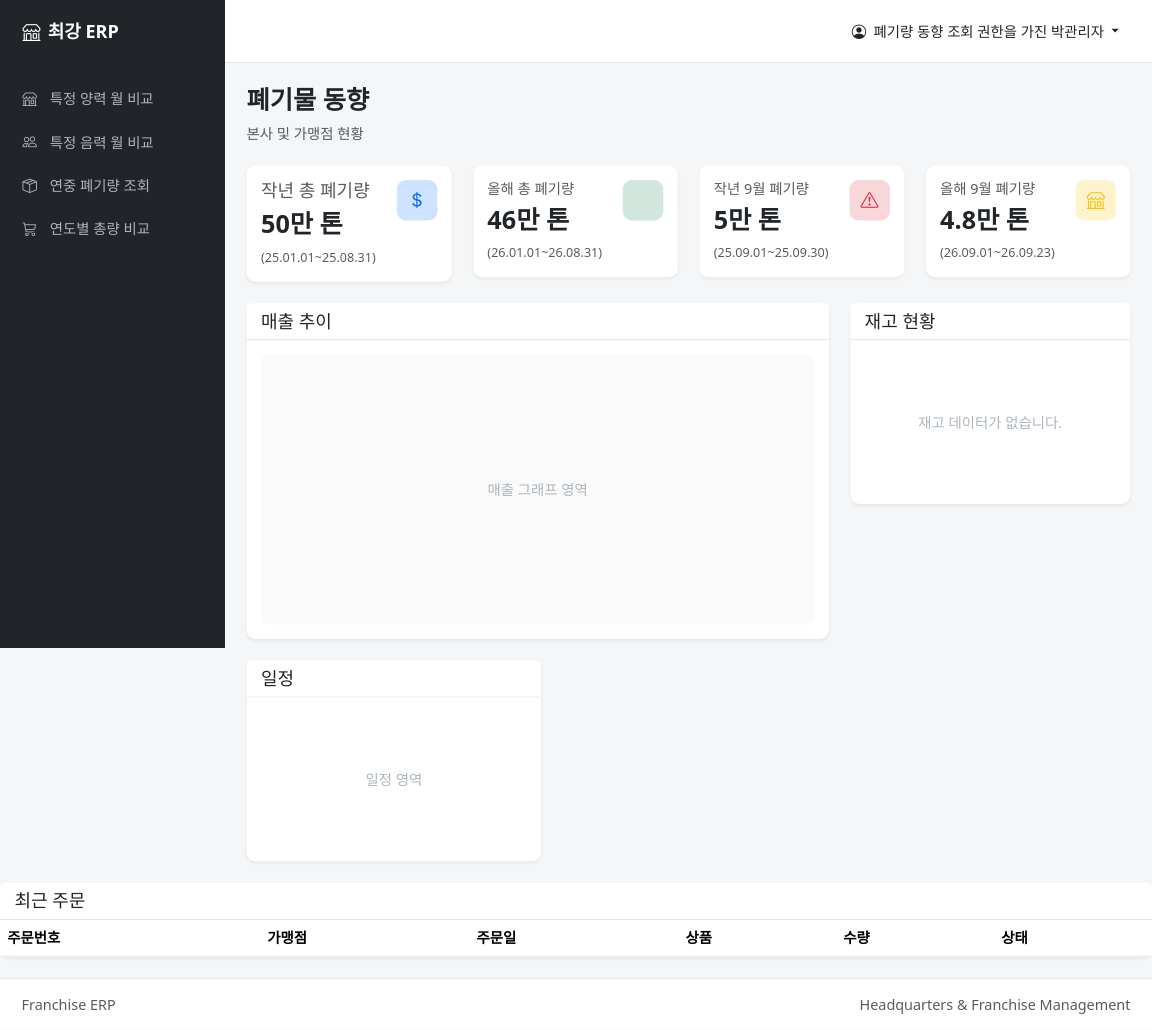
Repository: nojong99/kosta
Page: 32_MVCModel2/src/main/webapp/wasteTrends.html
These files come from the project's save history. The page is drawn as it stood at one moment and after the next save; the edit follows.
The browser window is 1280 px wide. The pictures show the whole page, at 90% of full size.

Above is the page before, as saved 2026-09-23 03:07:46.

### 32_MVCModel2/src/main/webapp/wasteTrends.html
<!DOCTYPE html>
<html lang="ko">

<head>
    <meta charset="UTF-8">
    <meta name="viewport" content="width=device-width, initial-scale=1">

    <title>Franchise ERP</title>

    <link
        href="https://cdn.jsdelivr.net/npm/bootstrap@5.3.8/dist/css/bootstrap.min.css"
        rel="stylesheet">
    <link
        rel="stylesheet"
        href="https://cdn.jsdelivr.net/npm/bootstrap-icons@1.13.1/font/bootstrap-icons.min.css">
	<link rel="stylesheet" href="css/wasteTrends.css">


</head>


<body>

<div class="sidebar">

    <div class="logo">

        <i class="bi bi-shop me-2"></i>

        <span>최강 ERP</span>

    </div>


    <ul class="nav flex-column mt-3">


        <!-- 대시보드 -->

        <li class="nav-item">

            <a class="nav-link" href="#">

                <i class="bi bi-shop"></i>

                <span>특정 양력 월 비교</span>

            </a>

        </li>

        <li class="nav-item">

            <a class="nav-link" href="#">

                <i class="bi bi-people"></i>

                <span>특정 음력 월 비교</span>

            </a>

        </li>

        <li class="nav-item">

            <a class="nav-link" href="#">

                <i class="bi bi-box-seam"></i>

                <span>연중 폐기량 조회</span>

            </a>

        </li>

        <li class="nav-item">

            <a class="nav-link" href="#">

                <i class="bi bi-cart3"></i>

                <span>연도별 총량 비교</span>

            </a>

        </li>



    </ul>

</div>



<!-- ==================================================
     MAIN
================================================== -->

<div class="main">


    <!-- ==================================================
         TOPBAR
    ================================================== -->

    <nav class="navbar topbar px-4">

        <div>

            <button
                class="btn btn-light d-md-none">

                <i class="bi bi-list"></i>
            </button>

        </div>


        <div class="dropdown">

            <button
                class="btn dropdown-toggle"
                data-bs-toggle="dropdown">

                <i class="bi bi-person-circle me-1"></i>

                폐기량 동향 조회 권한을 가진 박관리자

            </button>


            <ul class="dropdown-menu dropdown-menu-end">

                <li>
                    <a class="dropdown-item" href="#">
                        프로필
                    </a>
                </li>

                <li>
                    <a class="dropdown-item" href="#">
                        설정
                    </a>
                </li>

                <li>
                    <hr class="dropdown-divider">
                </li>

                <li>
                    <a class="dropdown-item" href="#">
                        로그아웃
                    </a>
                </li>

            </ul>

        </div>

    </nav>



    <main class="container-fluid p-4">

        <div class="mb-4">

            <h3 class="fw-bold">
                폐기물 동향
            </h3>

            <p class="text-muted mb-0">
                본사 및 가맹점 현황
            </p>

        </div>

        <div class="row g-4 mb-4">
            <div class="col-12 col-sm-6 col-xl-3">

                <div class="card dashboard-card shadow-sm">

                    <div class="card-body">

                        <div class="d-flex justify-content-between">

                            <div>

                                <h5 class="text-muted">
                                    작년 총 폐기량
                                </h5 >

                                <h3 class="fw-bold">
                                    50만 톤
                                </h3>

                            </div>


                            <div class="dashboard-icon bg-primary-subtle text-primary">

                                <i class="bi bi-currency-dollar"></i>

                            </div>

                        </div>

                        <small class="text-muted">
                            (25.01.01~25.08.31)
                        </small>

                    </div>

                </div>

            </div>

            <div class="col-12 col-sm-6 col-xl-3">

                <div class="card dashboard-card shadow-sm">

                    <div class="card-body">

                        <div class="d-flex justify-content-between">

                            <div>

                                <h6 class="text-muted">
                                    올해 총 폐기량
                                </h6>

                                <h3 class="fw-bold">
                                    46만 톤
                                </h3>

                            </div>


                            <div class="dashboard-icon bg-success-subtle text-success">

                            </div>

                        </div>

                        <small class="text-muted">
                            (26.01.01~26.08.31)
                        </small>

                    </div>

                </div>

            </div>

            <div class="col-12 col-sm-6 col-xl-3">

                <div class="card dashboard-card shadow-sm">

                    <div class="card-body">

                        <div class="d-flex justify-content-between">

                            <div>

                                <h6 class="text-muted">
									작년 9월 폐기량
                                </h6>

                                <h3 class="fw-bold">
                                    5만 톤
                                </h3>

                            </div>


                            <div class="dashboard-icon bg-danger-subtle text-danger">

                                <i class="bi bi-exclamation-triangle"></i>

                            </div>

                        </div>

                        <small class="text-muted">
                            (25.09.01~25.09.30)
                        </small>

                    </div>

                </div>

            </div>

            <div class="col-12 col-sm-6 col-xl-3">

                <div class="card dashboard-card shadow-sm">

                    <div class="card-body">

                        <div class="d-flex justify-content-between">

                            <div>

                                <h6 class="text-muted">
                                    올해 9월 폐기량
                                </h6>

                                <h3 class="fw-bold">
                                    4.8만 톤
                                </h3>

                            </div>


                            <div class="dashboard-icon bg-warning-subtle text-warning">

                                <i class="bi bi-shop"></i>

                            </div>

                        </div>

                        <small class="text-muted">
							(26.09.01~26.09.23)
                        </small>

                    </div>

                </div>

            </div>

        </div>



        <!-- ==================================================
             2. 매출 / 재고
        ================================================== -->

        <div class="row g-4 mb-4">


            <!-- 매출 그래프 -->

            <div class="col-12 col-xl-8">

                <div class="card dashboard-card shadow-sm">

                    <div class="card-header bg-white">

                        <h5 class="mb-0">
                            매출 추이
                        </h5>

                    </div>

                    <div class="card-body">

                        <div class="chart-area">

                            <span>
                                매출 그래프 영역
                            </span>

                        </div>

                    </div>

                </div>

            </div>



            <!-- 재고 -->

            <div class="col-12 col-xl-4">

                <div class="card dashboard-card shadow-sm">

                    <div class="card-header bg-white">

                        <h5 class="mb-0">
                            재고 현황
                        </h5>

                    </div>

                    <div class="card-body">

                        <div class="empty-data">

                            재고 데이터가 없습니다.

                        </div>

                    </div>

                </div>

            </div>

        </div>









            <!-- 일정 -->

            <div class="col-12 col-lg-4">

                <div class="card dashboard-card shadow-sm h-100">

                    <div class="card-header bg-white">

                        <h5 class="mb-0">
                            일정
                        </h5>

                    </div>


                    <div class="card-body">

                        <div class="empty-data">

                            일정 영역

                        </div>

                    </div>

                </div>

            </div>

        </div>



        <!-- ==================================================
             4. 최근 주문
        ================================================== -->

        <div class="card dashboard-card shadow-sm">


            <div class="card-header bg-white">

                <h5 class="mb-0">
                    최근 주문
                </h5>

            </div>


            <div class="card-body p-0">

                <div class="table-responsive">

                    <table class="table table-hover mb-0">

                        <thead>

                            <tr>

                                <th>주문번호</th>

                                <th>가맹점</th>

                                <th>주문일</th>

                                <th>상품</th>

                                <th>수량</th>

                                <th>상태</th>

                            </tr>

                        </thead>


                        <tbody>

                            <!--
                                나중에 DB에서 가져온 데이터를
                                여기에 출력
                            -->

                        </tbody>

                    </table>

                </div>

            </div>

        </div>


    </main>



    <!-- ==================================================
         FOOTER
    ================================================== -->

    <footer class="py-3 mt-4 bg-white border-top">

        <div class="container-fluid px-4">

            <div class="d-flex justify-content-between">

                <span class="text-muted">
                    Franchise ERP
                </span>

                <span class="text-muted">
                    Headquarters & Franchise Management
                </span>

            </div>

        </div>

    </footer>


</div>



<!-- Bootstrap 5 JS -->

<script
    src="https://cdn.jsdelivr.net/npm/bootstrap@5.3.8/dist/js/bootstrap.bundle.min.js">
</script>


</body>

</html>

### 32_MVCModel2/src/main/webapp/css/wasteTrends.css
@charset "UTF-8";


body {
    background-color: #f5f6f8;
}

/* 사이드바 */
.sidebar {
    width: 250px;
    min-height: 100vh;
    background-color: #212529;
    position: fixed;
    left: 0;
    top: 0;
}

.sidebar .logo {
    height: 70px;
    display: flex;
    align-items: center;
    padding: 0 25px;
    font-size: 20px;
    font-weight: bold;
    color: white;
}

.sidebar .nav-link {
    color: #adb5bd;
    padding: 12px 25px;
}

.sidebar .nav-link:hover,
.sidebar .nav-link.active {
    color: white;
    background-color: #343a40;
}

.sidebar .nav-link i {
    margin-right: 10px;
}

/* 메인 */
.main {
    margin-left: 250px;
    min-height: 100vh;
}

/* 상단바 */
.topbar {
    height: 70px;
    background-color: white;
    border-bottom: 1px solid #dee2e6;
}

/* 카드 */
.dashboard-card {
    border: none;
    border-radius: 10px;
}

.dashboard-icon {
    width: 45px;
    height: 45px;
    border-radius: 10px;

    display: flex;
    align-items: center;
    justify-content: center;

    font-size: 20px;
}

/* 차트 영역 */
.chart-area {
    height: 300px;

    display: flex;
    align-items: center;
    justify-content: center;

    color: #adb5bd;
    background-color: #fafafa;
    border-radius: 8px;
}

/* 빈 데이터 */
.empty-data {
    height: 150px;

    display: flex;
    align-items: center;
    justify-content: center;

    color: #adb5bd;
}

@media (max-width: 768px) {

    .sidebar {
        width: 70px;
    }

    .sidebar .logo span,
    .sidebar .nav-link span {
        display: none;
    }

    .sidebar .nav-link {
        text-align: center;
        padding: 15px 0;
    }

    .sidebar .nav-link i {
        margin: 0;
    }

    .main {
        margin-left: 70px;
    }

}

After the next save:
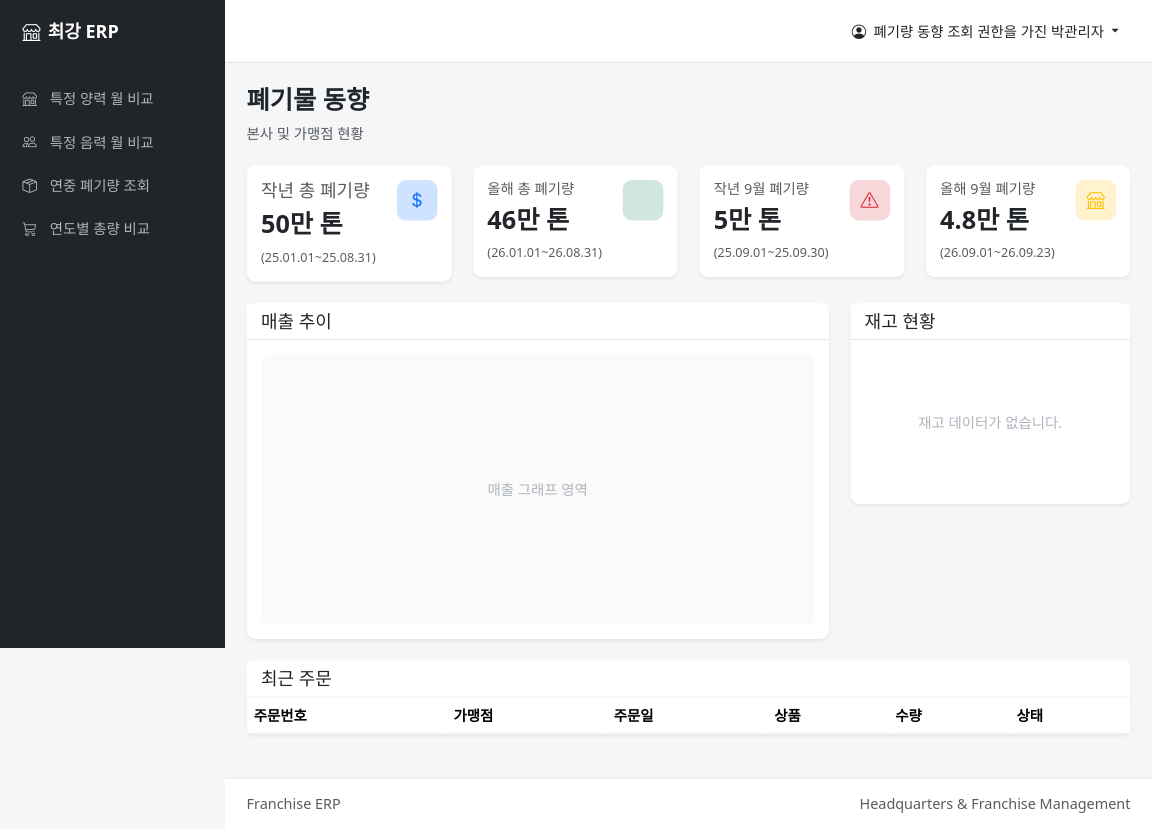
Saved 9 s later.
--- a/32_MVCModel2/src/main/webapp/wasteTrends.html
+++ b/32_MVCModel2/src/main/webapp/wasteTrends.html
@@ -412,36 +412,6 @@
 
 
 
-            <!-- 일정 -->
-
-            <div class="col-12 col-lg-4">
-
-                <div class="card dashboard-card shadow-sm h-100">
-
-                    <div class="card-header bg-white">
-
-                        <h5 class="mb-0">
-                            일정
-                        </h5>
-
-                    </div>
-
-
-                    <div class="card-body">
-
-                        <div class="empty-data">
-
-                            일정 영역
-
-                        </div>
-
-                    </div>
-
-                </div>
-
-            </div>
-
-        </div>
 
 
 
